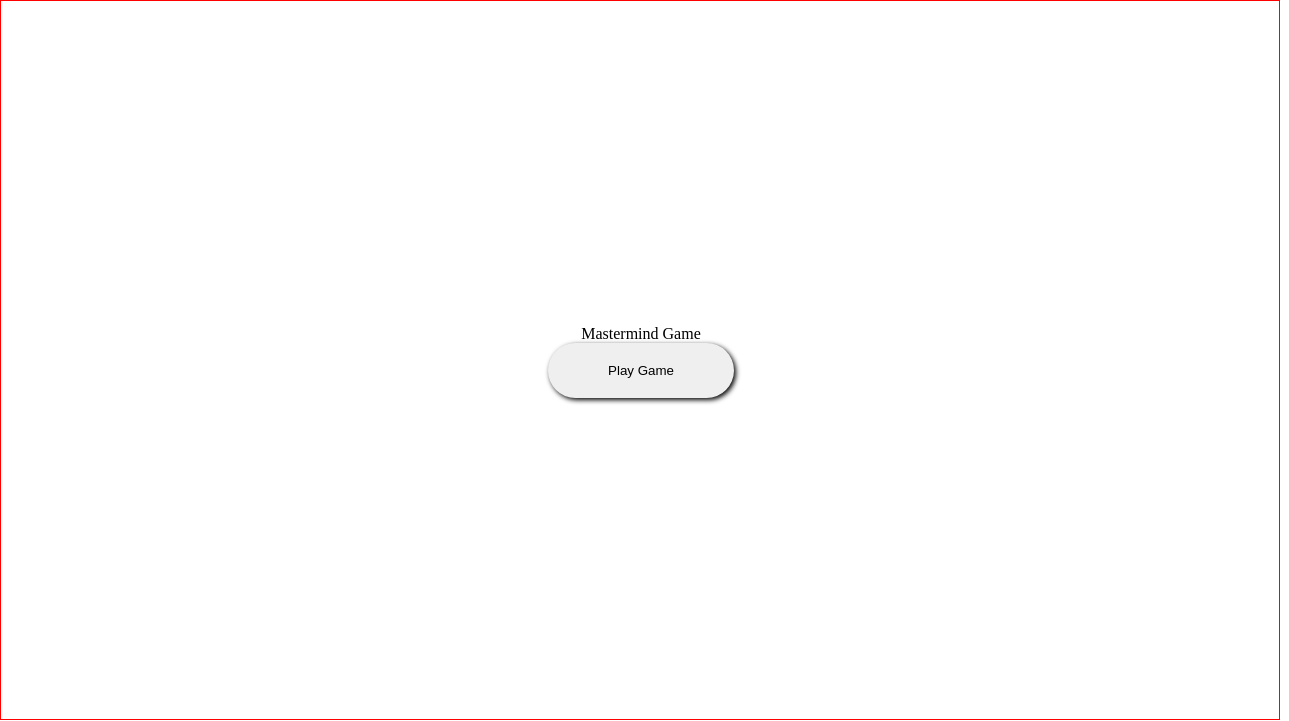
Repository: programmer686/Mastermind-with-Next.js
Page: /
An editor plug-in stored every save of this project. The page is shown before and after the next save, followed by the edit.
The browser window is 1280 px wide. The page is 1281 px wide, then 1289 px, so the pictures cover 1289 px, including what lies to the right of the window. The pictures show the whole page.
The project was rebuilt for these pictures with package versions that can differ from the ones it lists, and the page was loaded fresh each time. The framework's server and built-in components were replaced by stand-ins that run in the browser. Also part of the build but not shown: next.config.js, src/styles/globals.css.

Above is the page before, as saved 2023-07-15 18:49:21.

After the next save:
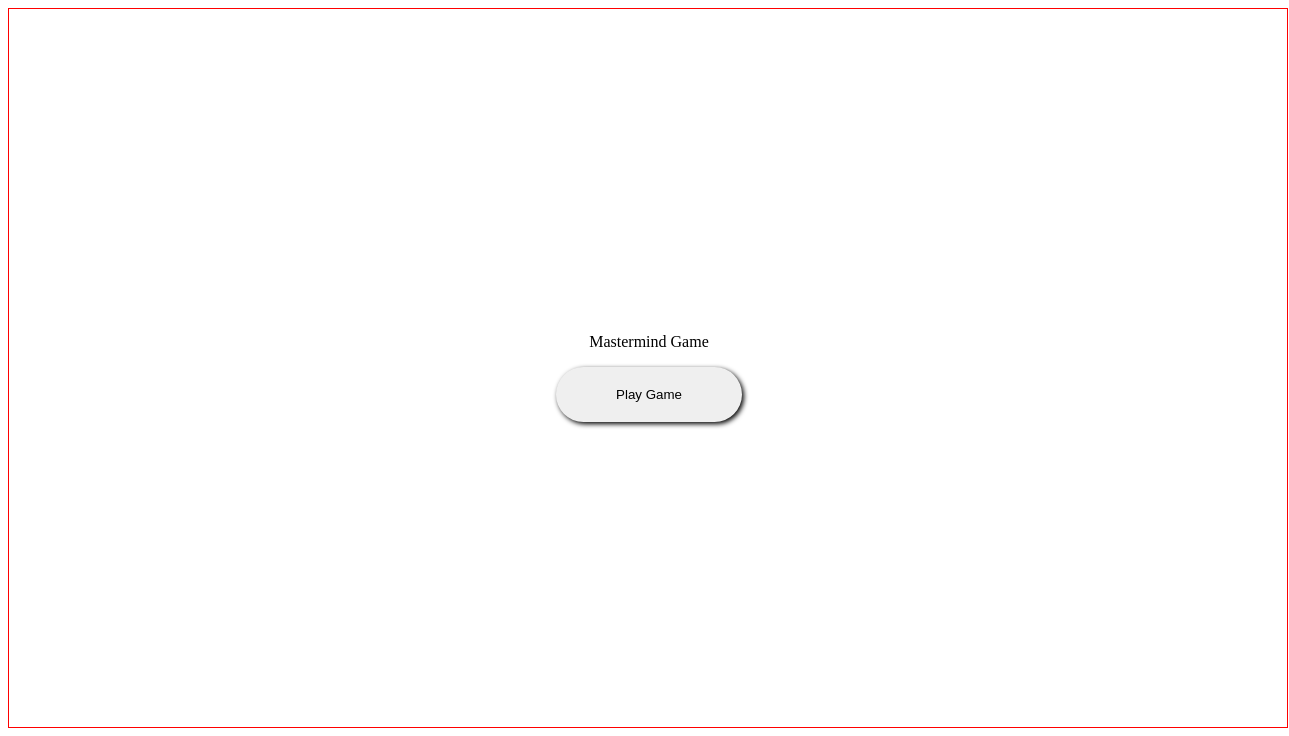
Saved 13 s later.
--- a/src/styles/Home.module.css
+++ b/src/styles/Home.module.css
@@ -1,10 +1,9 @@
-* {
+
+
+.index__body {
   margin: 0;
   padding: 0;
   box-sizing: border-box;
-}
-
-.index__body {
   width: 100vw;
   height: 100vh;
   border: 1px solid red;
